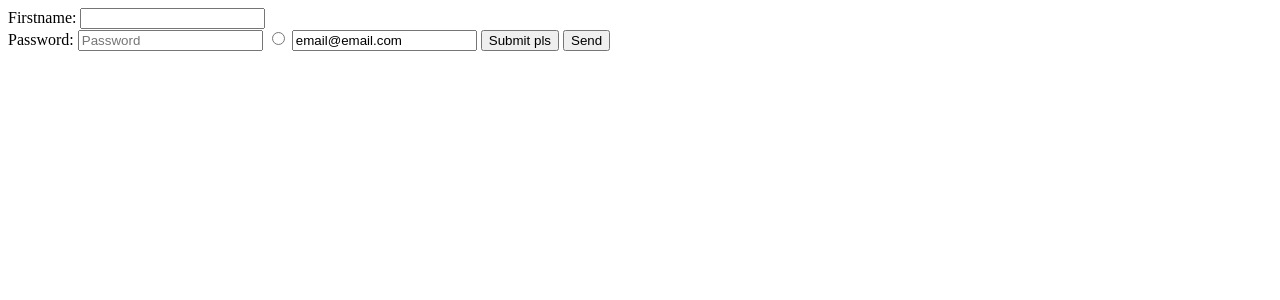
Repository: Tranghii/HTML-CSS
Page: HTML&CSS/form.html
These files come from the project's save history. The page is drawn as it stood at one moment and after the next save; the edit follows.
The browser window is 1280 px wide. The pictures show the whole page.

Above is the page before, as saved 2025-10-11 17:16:31.

After the next save:
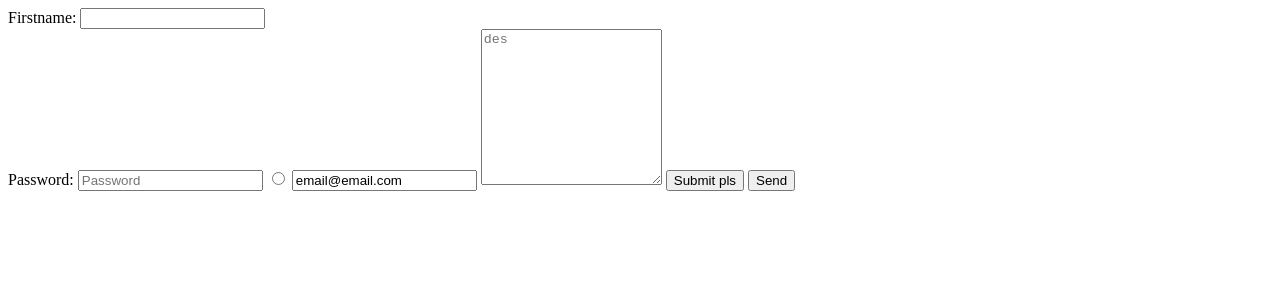
Saved 18 s later.
--- a/HTML&CSS/form.html
+++ b/HTML&CSS/form.html
@@ -15,7 +15,7 @@
         <input type="radio" name="gender" id="gender" placeholder="gender">
 
         <input type="email" name="email" id="email" value="email@email.com" placeholder="email">
-        <textaera name="des" id="des" placeholder="des" cols="20" rows="10"></textaera>
+        <textarea name="des" id="des" placeholder="des" cols="20" rows="10"></textarea>
    <input type="submit" value="Submit pls" >
    <button type="submit" > Send</button>
 
